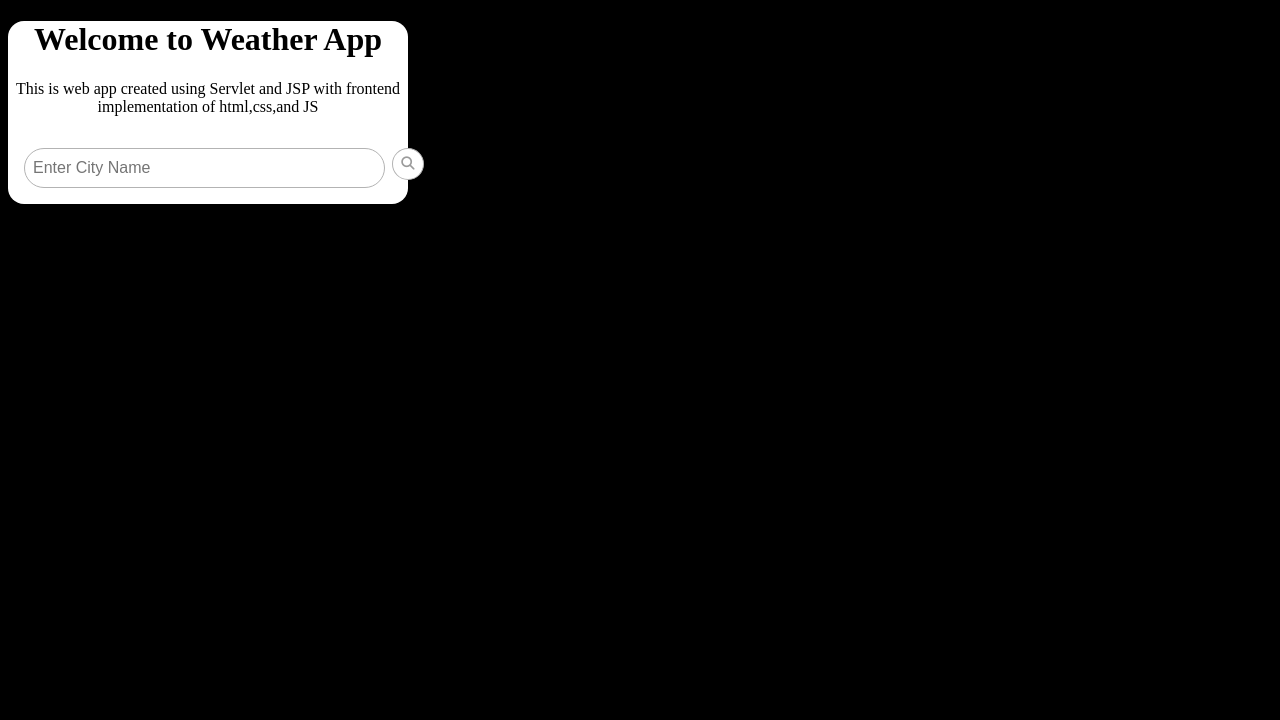
Repository: krv9/projects
Page: http://localhost/WeatherApp/
The author's editor kept a copy of each file at every save. The page is drawn from the files as they stood at one save, then again after the next save.
The browser window is 1280 px wide. The pictures show the whole page.
The page is served by Tomcat 10. Other server files are loaded and not shown.

Above is the page before, as saved 2024-09-24 13:21:47.

### WeatherApp/src/main/webapp/index.html
<!DOCTYPE html>
<html>
<head>
 <meta charset="UTF-8">
    <meta http-equiv="X-UA-Compatible" content="IE=edge">
    <meta name="viewport" content="width=device-width, initial-scale=1.0">
    <title>Weather App</title>
    <link rel="stylesheet" href="https://cdnjs.cloudflare.com/ajax/libs/font-awesome/6.4.0/css/all.min.css" />
    <link rel="stylesheet" href="Style.css" />

</head>
<body>
<div class="container">
   		<h1 id="font">Welcome to Weather App</h1>
   		<p id="font">This is web app created using Servlet and JSP with frontend implementation of html,css,and JS</p>
        <form action="myservlet" method="post" class="searchInput">
            <input type="text" placeholder="Enter City Name" id="searchInput" name="city"/>
            <button id="searchButton"><i class="fa-solid fa-magnifying-glass"></i></button>
      </form>
 </div>

</body>
</html>

### WeatherApp/src/main/webapp/Style.css
@charset "UTF-8";
body{
	background:black;
}
.container{
	 width: 25rem;
  height: auto;
  border-radius: 1rem;
  background: #fff;
  box-shadow: 0 14px 28px rgba(0,0,0,0.25),
			0 10px 10px rgba(0,0,0,0.22);
}
#font{
	color:black;
	align-items: center;
  justify-content: center;
  text-align:center;
}

.searchInput {
  width: 100%;
  display: flex;
  padding: 1rem 1rem;
  justify-content: center;
}

.searchInput input {
  width: 100%;
  height: 2rem;
  outline: none;
  font-size: 1rem;
  color: #525050;
  padding: 0.2rem 0.5rem;
  border-radius: 1.5rem;
  border: 1px solid #b3b3b3;
}

.searchInput input:focus {
  border: 1px solid #9c9dde;
}

.searchInput button {
  width: 2.2rem;
  height: 2rem;
  cursor: pointer;
  color: #9b9b9b;
  border-radius: 50%;
  margin-left: 0.4rem;
  transition: all 0.3s ease;
  background-color: #fff;
  border: 1px solid #b3b3b3;
}

.searchInput button:hover {
  color: #fff;
  background-color: #9c9dde;
  border: 1px solid #9c9dde;
}

After the next save:
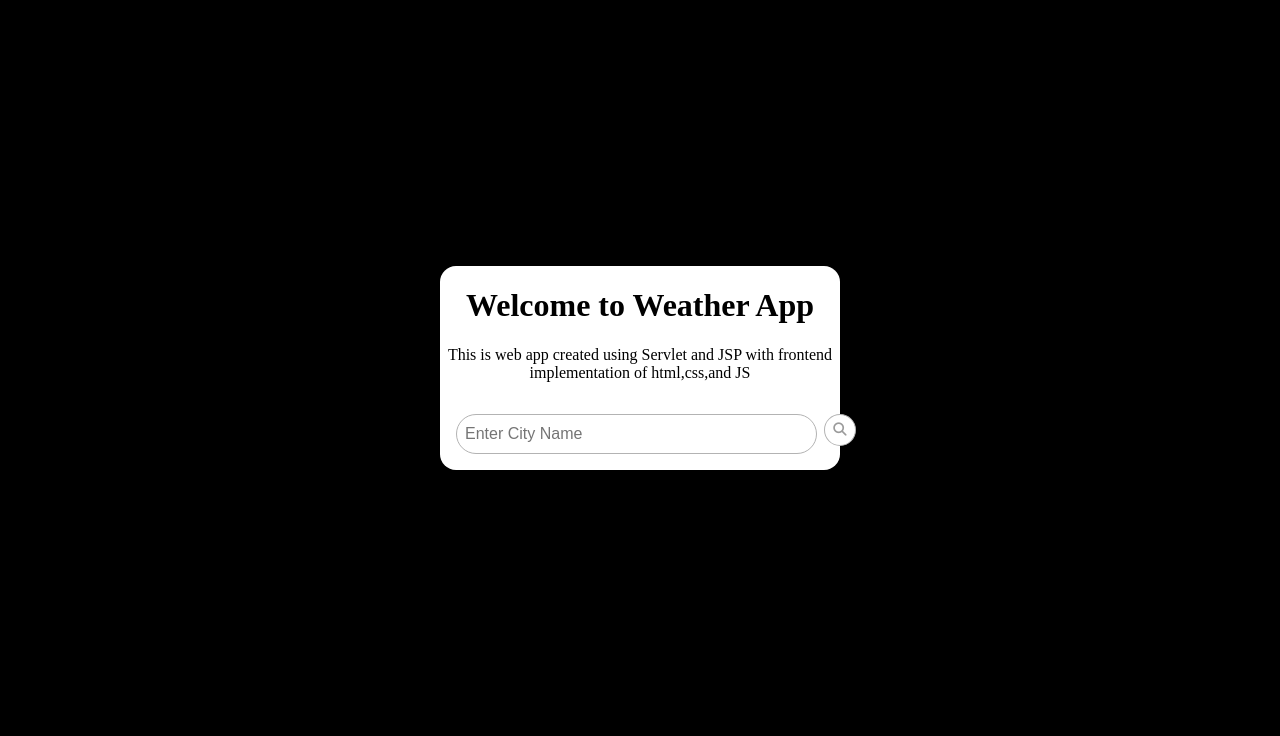
Saved 49 s later.
--- a/WeatherApp/src/main/webapp/Style.css
+++ b/WeatherApp/src/main/webapp/Style.css
@@ -1,5 +1,9 @@
 @charset "UTF-8";
 body{
+	display: flex;
+  height: 100vh;
+  align-items: center;
+  justify-content: center;
 	background:black;
 }
 .container{
